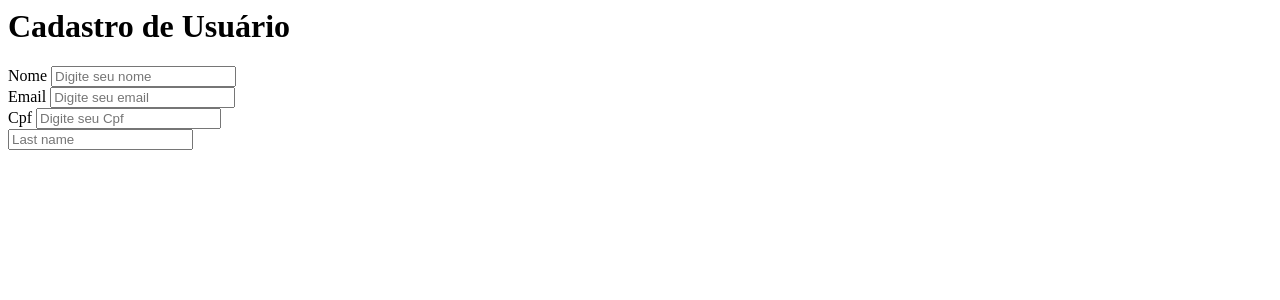
Repository: formatech2018/BRUNNO-S-FILMES
Page: sistema.filmes/src/main/webapp/resources/html/cadastro.html
An editor plug-in stored every save of this project. The page is shown before and after the next save, followed by the edit.
The browser window is 1280 px wide. The pictures show the whole page.

Above is the page before, as saved 2018-08-04 13:56:22.

### sistema.filmes/src/main/webapp/resources/html/cadastro.html
<h1>Cadastro de Usuário</h1>

<form>
	<div class="row">
		<div class="col">
			<label for="colFormLabel" class="col-sm-2 col-form-label">Nome</label>
			<input type="text" name="nome" class="form-control"
				placeholder="Digite seu nome">
		</div>
		<div class="col">
			<label for="colFormLabel" class="col-sm-2 col-form-label">Email</label>
			<input type="text" name="email" class="form-control"
				placeholder="Digite seu email">
		</div>
	</div>

	<div class="row">
		<div class="col">
			<label for="colFormLabel" class="col-sm-2 col-form-label">Cpf</label>
			<input type="text" class="form-control" placeholder="Digite seu Cpf">
		</div>
		<div class="col">
			<input type="text" class="form-control" placeholder="Last name">
		</div>
	</div>




</form>

After the next save:
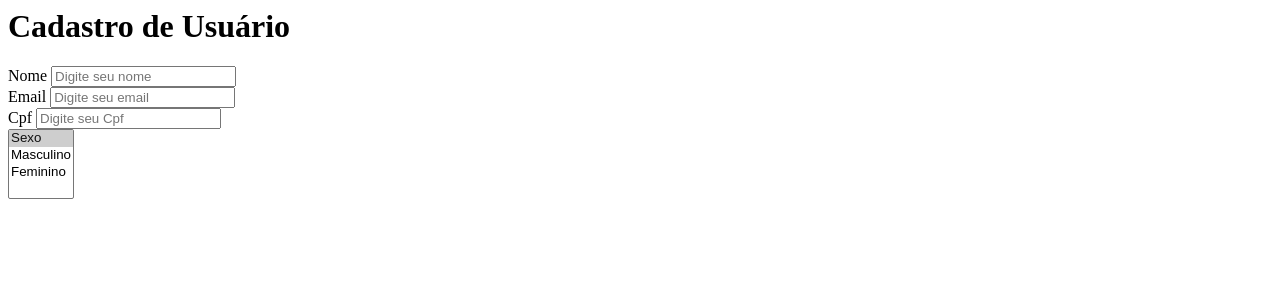
Saved 4 min 0 s later.
--- a/sistema.filmes/src/main/webapp/resources/html/cadastro.html
+++ b/sistema.filmes/src/main/webapp/resources/html/cadastro.html
@@ -20,7 +20,12 @@
 			<input type="text" class="form-control" placeholder="Digite seu Cpf">
 		</div>
 		<div class="col">
-			<input type="text" class="form-control" placeholder="Last name">
+			<select class="custom-select" multiple>
+				<option selected>Sexo</option>
+				<option value="masculino">Masculino</option>
+				<option value="Feminino">Feminino</option>
+
+			</select>
 		</div>
 	</div>
 
